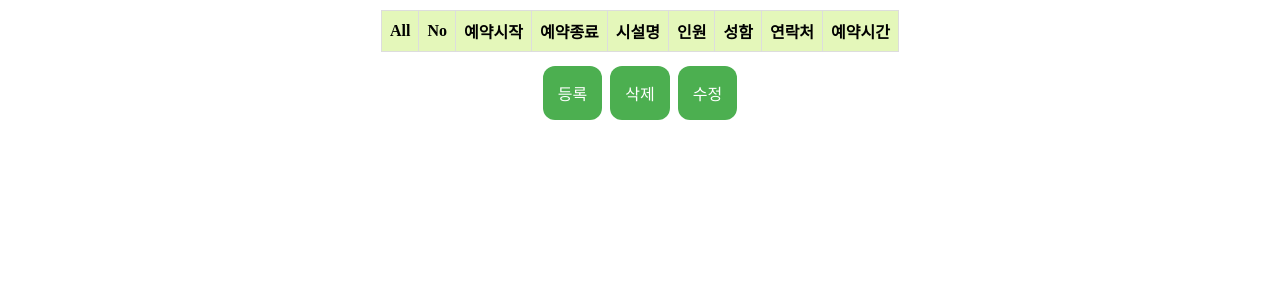
Repository: psyoongsc/SogongDo_Facility
Page: http://localhost/SogongDo_Management_System/Reserv_Cancel_Mgmt/InquiryCancelView.jsp
These files come from the project's save history. The page is drawn as it stood at one moment and after the next save; the edit follows.
The browser window is 1280 px wide. The pictures show the whole page.
The page is served by Tomcat 9. Nobody is signed in. The application's start-up code is not run. Other server files are loaded and not shown.

Above is the page before, as saved 2020-06-25 16:45:58.

### SogongDo_Management_System/WebContent/Reserv_Cancel_Mgmt/InquiryCancelView.jsp
<%@ page language="java" contentType="text/html; charset=UTF-8"
    pageEncoding="UTF-8"%>
<%@ page import="java.util.*" %>
<%@ page import="Reserv_Cancel_Mgmt.persistance.*" %>
<%@ page isELIgnored="false"%>
<!DOCTYPE html PUBLIC "-//W3C//DTD HTML 4.01 Transitional//EN" "http://www.w3.org/TR/html4/loose.dtd">
<html>
<head>
	<title>예약 취소  정보 관리</title>
    <style>
		body{
		    margin: 0;
		    padding: 0;
		    text-align: center;
		}

		th, td {
		    padding: 8px;
		    text-align: center;
		    border-bottom: 1px solid;
		    border: 1px solid;
		}

		thead th{
		    background-color: #E4F7BA;
		}

		table {
		    position: relative;
		    margin: 10px 5px;
		    border-collapse: collapse;
		    display: inline-block;
		    overflow:auto;
		}

		tbody tr:hover {background-color:#f5f5f5;}

        th, td {
            border: 1px solid #ddd;
            border-collapse: collapse;
        }

        .bt {
            position: relative;
		    border-radius: 12px;
		    background-color: #4CAF50;
		    border: none;
		    color: white;
		    padding: 15px;
		    text-align: center;
		    text-decoration: none;
		    display: inline-block;
		    font-size: 16px;
		    margin: 4px 2px;
        }
    </style>
</head>
<body>
        <div class="content">

            <table>
                <thead>
                    <tr>
                       <th class="a">All</th>
						<th class="b">No</th>
						<th class="c">예약시작</th>
						<th class="d">예약종료</th>
						<th class="e">시설명</th>
						<th class="f">인원</th>
						<th class="g">성함</th>
						<th class="h">연락처</th>
						<th class="i">예약시간</th>
                    </tr>
                </thead>
                <tbody>
					<%
						ArrayList<CancelDTO> list = (ArrayList<CancelDTO>) request.getAttribute("reserve");
								if(list != null) {
									for (CancelDTO dto : list) {
										pageContext.setAttribute("reserve", dto);
					%>
					 <tr>
                       	<td><input class="ch" type="checkbox"></td>
                       	<td class="id"><%= dto.getReservation_ID() %></td>
                       	<td><%= dto.getReservation_Start()%></td>
						<td><%= dto.getReservation_End()%></td>
						<td><%= dto.getFacilities_Name()%></td>
						<td><%= dto.getHeadCount()%></td>
						<td><%= dto.getReservation_Name() %></td>
						<td><%= dto.getReservation_Phone_Number() %></td>
						<td><%= dto.getReservation_Date() %></td>
                    </tr>
					<%}}%>
                </tbody>
            </table>

        </div>

        <div>
        	<button class="bt register">등록</button>
           	<button class="bt delete">삭제</button>
			<button class="bt update">수정</button>
        </div>



	<script>
	window.addEventListener("load",function(){

		const registerbtn = document.querySelector(".register");
		const deletebtn = document.querySelector(".delete");
		const updatebtn = document.querySelector(".update");
		const chbox = document.querySelectorAll(".ch");
		const id = document.querySelectorAll(".id");

		registerbtn.addEventListener("click",()=>{
			//새로운 창 뜨도록 하기
			window.open("/SogongDo_Management_System/Reserv_Cancel_Mgmt/RegisterCancelView.jsp","예약 취소 정보 등록","width=500, height=400, left=300, top=300");
		})

		deletebtn.addEventListener("click",()=>{
			//체크박스에 체크한 id가져오기
			var ids = new Array();
			for(var i=0; i<chbox.length; i++){
				if(chbox[i].checked==true){
					ids.push(id[i].innerText);
				}
			}
			if(ids.length==0){
				alert('삭제할 정보를 선택하세요');
			}else{

				//삭제컨트롤러에 전송~!
				var ox = confirm("예약 취소 정보를 삭제하시겠습니까?");
				if(ox){
					var url = "/SogongDo_Management_System/Reservation/Cancel/delete?";
					url += "cnt="+ids.length+"&";
					for(var i=0;i<ids.length;i++){
						url += "id"+i+"="+ids[i]+"&"
					}
					window.location.href = url;
				}
			}
		})

		updatebtn.addEventListener("click",()=>{
			// 새로운 창 뜨도록 하기
			var cnt = 0;
			var up;
			for(var i=0; i<chbox.length; i++){
				if(chbox[i].checked==true){
					cnt++;
					up = id[i].innerText;
				}
			}
			if(cnt==0){
				alert('수정할 정보를 선택하세요');
			}
			else if(cnt==1){
				window.open("/SogongDo_Management_System/Reservation/Cancel/update/view?id="+up,"예약 취소 정보 수정","width=500, height=400, left=300, top=300");
			}else{
				alert('하나만 선택');
			}
		})

	})
	</script>
</body>
</html>

After the next save:
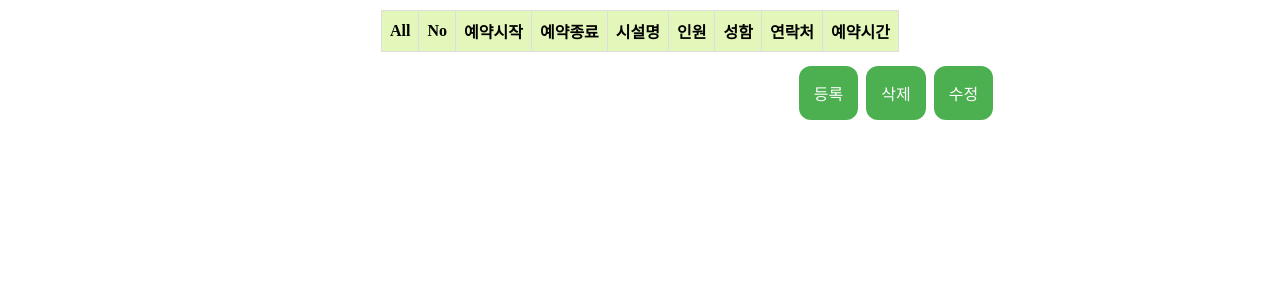
Saved 15 s later.
--- a/SogongDo_Management_System/WebContent/Reserv_Cancel_Mgmt/InquiryCancelView.jsp
+++ b/SogongDo_Management_System/WebContent/Reserv_Cancel_Mgmt/InquiryCancelView.jsp
@@ -45,6 +45,7 @@
 		    border-radius: 12px;
 		    background-color: #4CAF50;
 		    border: none;
+		    left: 20%;
 		    color: white;
 		    padding: 15px;
 		    text-align: center;
